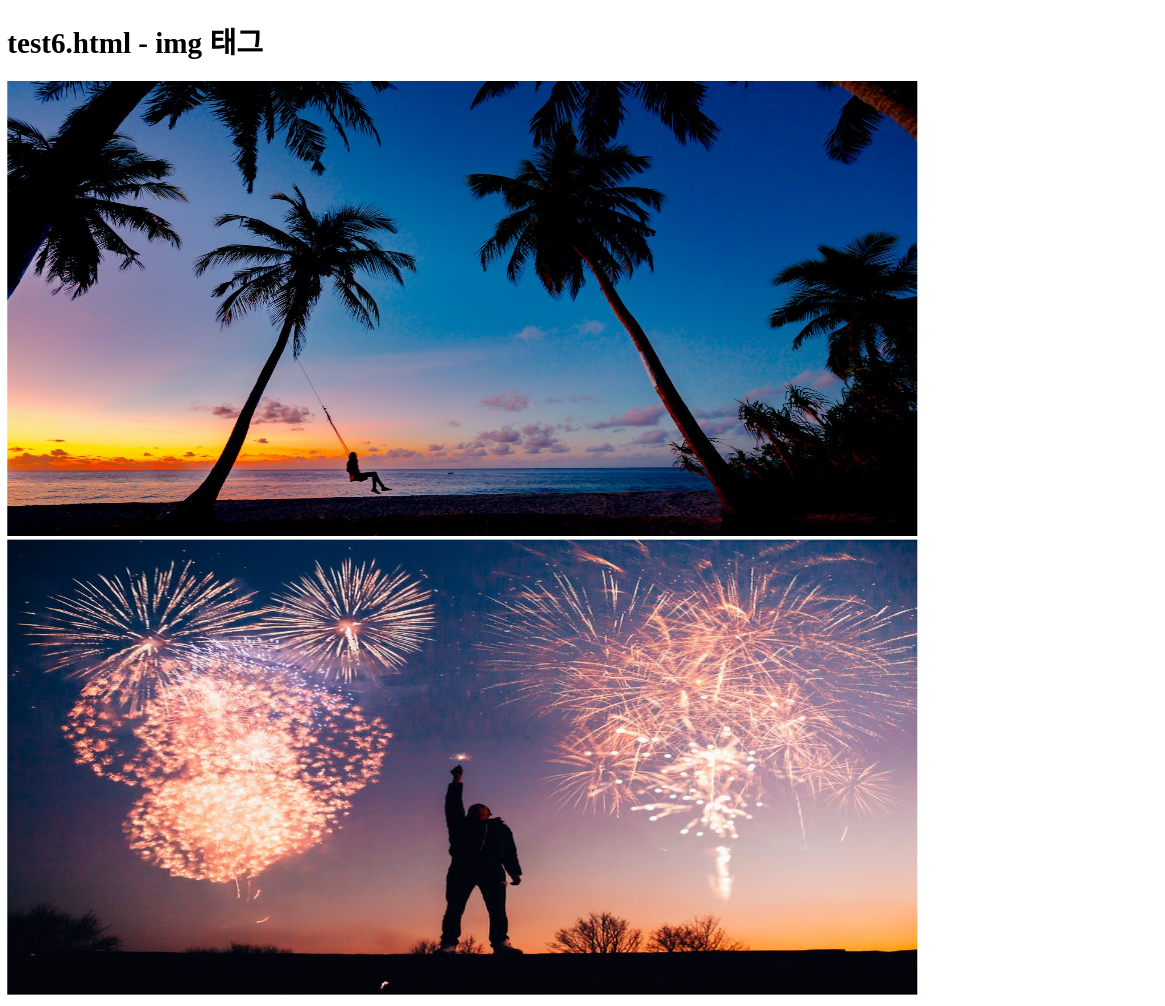
Repository: KimMinseooo/itwillStudy
Page: BACKEND/JSP/workspace_jsp/StudyHTML/src/main/webapp/1024/test6.html
An editor plug-in stored every save of this project. The page is shown before and after the next save, followed by the edit.
The browser window is 1280 px wide. The pictures show the whole page, at 91% of full size.

Above is the page before, as saved 2024-10-24 02:39:24.

After the next save:
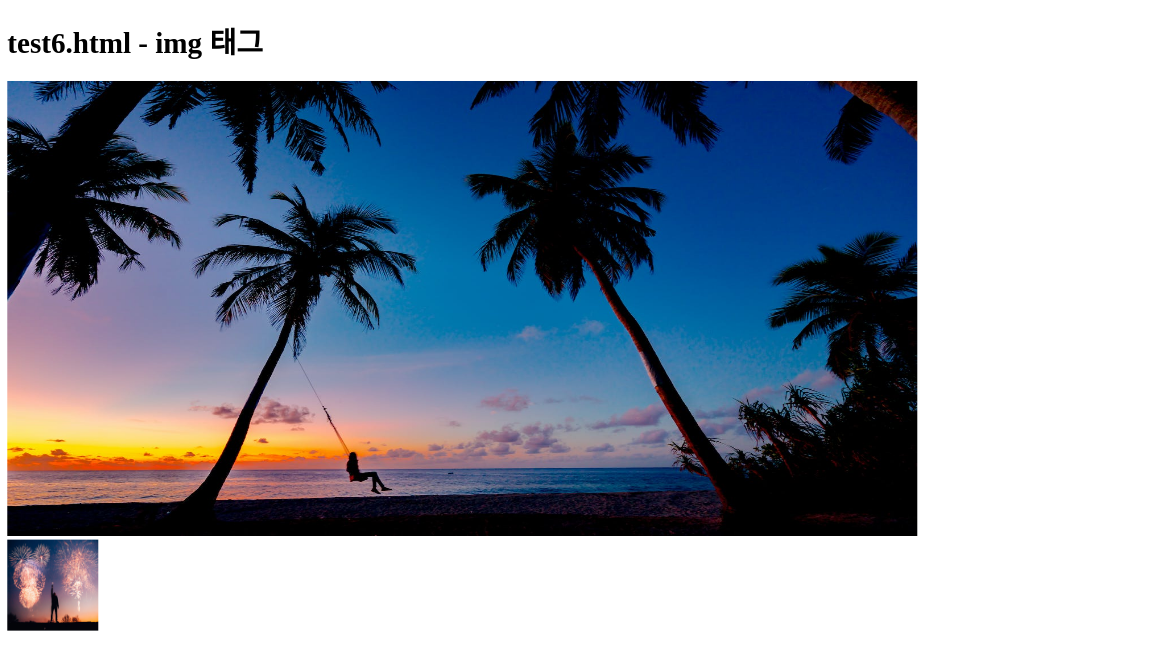
Saved 12 s later.
--- a/BACKEND/JSP/workspace_jsp/StudyHTML/src/main/webapp/1024/test6.html
+++ b/BACKEND/JSP/workspace_jsp/StudyHTML/src/main/webapp/1024/test6.html
@@ -10,7 +10,7 @@
 	<img src="1.jpg" width="1000" height="500" title="해변가"><br>
 
 
-	<img src="3.jpg" width="1000" height="500" alt="이미지를 불러올 수 없습니다">
+	<img src="3.jpg" width="100" height="100" alt="이미지를 불러올 수 없습니다">
 
 </body>
 </html>
